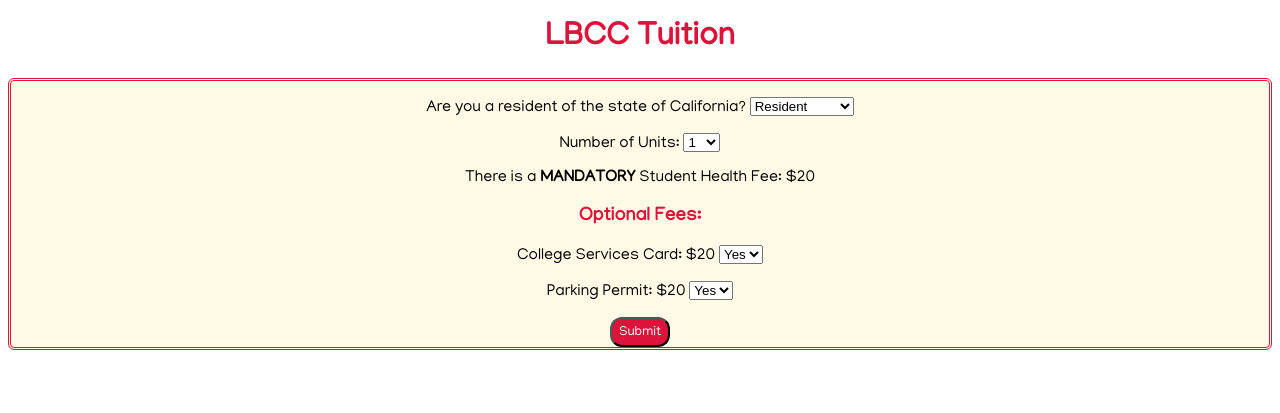
Repository: sunkim96/cosw30
Page: homework/homework3/tuition_calculator.html
The author's editor kept a record of every edit. The page is drawn from the files as they stood at one moment, then again after the next edit.
The browser window is 1280 px wide. The pictures show the whole page.

Above is the page before.

After the next edit:
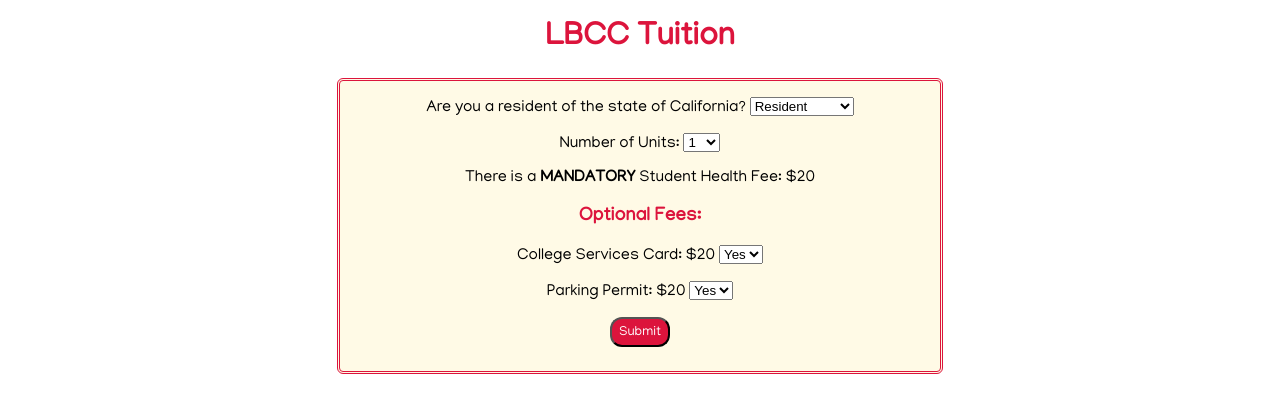
The edit:
--- a/homework/homework3/tuition_calculator.html
+++ b/homework/homework3/tuition_calculator.html
@@ -20,6 +20,9 @@
        border-color: #DC143C;
        border-radius: 6px;
        font-family: 'Manjari', sans-serif;
+       height: 290px;
+       margin: auto;
+       max-width: 600px;
     }
 
     button {
